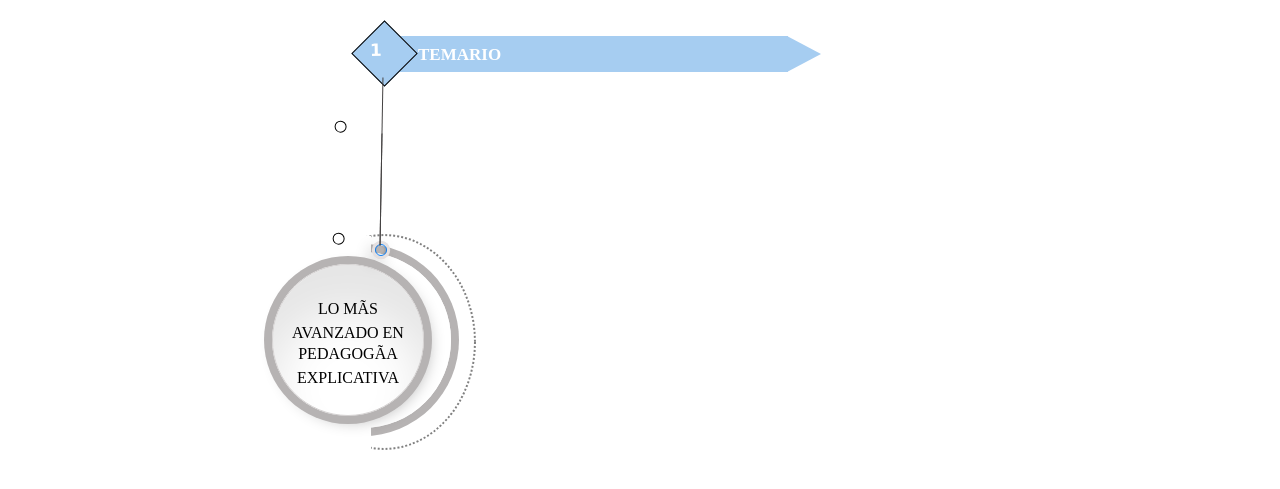
Repository: jennymoreno94/Menu
Page: index.html
The author's editor kept a copy of each file at every save. The page is drawn from the files as they stood at one save, then again after the next save.
The browser window is 1280 px wide. The pictures show the whole page.

Above is the page before, as saved 2021-08-01 23:19:22.

### index.html
<!DOCTYPE html>
<html lang=”en”>

<head>
  <link rel="stylesheet" href="estilo.css">
  <meta charset=”UTF-8″ />
  <title>Menu</title>
</head>
<body>
  <container>
    <div class="circulo-completo">
      <div class="circle-menu">
        <p>LO MÁS AVANZADO EN PEDAGOGÍA EXPLICATIVA</p>
      </div>
      <div id="circulo" class="circle-menus derecha">

        <div class="circulo-pequeno num1">

            <div class="linea linea1">
               <span class="linea"></span>
            </div>
            <div class="boton-agrupado btn1">
                <span class="rombo" style="background: rgb(166, 205, 241);">
                <h3 class="text">1</h3></span>
                <a class="button-href" style="background: rgb(166, 205, 241);">
                <h3 class="texto">TEMARIO</h3></a><span class="flecha" style="border-left: 34px solid rgb(166, 205, 241);"></span>
              </div>
            </div>


      </div>
    </div>
    <div class="circle-punto derecha"> </div>
  </container>
</body>
<script type="text/javascript" src="menu.js"></script>

</html>

### estilo.css


.circulo-completo {
    margin: 250px;
}

.circle-menu {
    position: relative;
    width: 150px;
    height: 150px;
    border: 1px solid rgb(211, 208, 208);
    border-radius: 50%;
    box-shadow: inset 0 3em 3em rgba(0, 0, 0, 0.1), 0 0 0 0.5rem rgb(182, 179, 179), 0.3em 0.3em 1em rgba(0, 0, 0, 0.3);
    float: left;
    z-index: 7;
    margin: 14px;
}

p {
    padding: 1rem;
    text-align: center;
}

.circle-menus {
    position: relative;
    background-color: gray;
    width: 180px;
    height: 180px;
    border-radius: 50% 50%;
    margin-left: -165px;
    float: left;
    z-index: 6;
}

.circle-menus::before {
    position: absolute;
    content: "";
    top: 1%;
    left: 1%;
    background-color: #fff;
    height: 98%;
    width: 98%;
    border-radius: 50% 50%;
    box-shadow: inset 0 3em 3em rgb(255, 255, 255), 0 0 0 0.5rem rgb(182, 179, 179), 0.3em 0.3em 1em rgb(255, 255, 255);
}

.circle-menus::after {
    position: absolute;
    content: "";
    height: 50%;
    background-color: rgb(255, 255, 255);
    border: 1px solid #fff;
    top: 50%;
    left: 0;
    width: 100%;
    box-shadow: inset 0 3em 3em rgb(255, 255, 255), 0 0 0 0.5rem rgb(255, 255, 255), 0.3em 0.3em 1em rgb(255, 255, 255);
}

.circle-menus.derecha {
    transform: rotate(90deg);
}

.circulo-pequeno {
    position: relative;
    width: 10px;
    height: 10px;
    border-radius: 50%;
    box-shadow: inset 0 0.1rem 0.1rem rgba(0, 0, 0, 0.1), 0 0 0 0.2rem rgb(229, 224, 224), 0.3em 0.3em 1em rgba(0, 0, 0, 0.3);
    float: left;
    z-index: 5;
}

.num1 {
    border: 1px solid rgb(10 124 241);
    margin: 66px 0px 48px -6px;
}

.num::after {
    height: 1px;
    background-color: red;
}

.num2 {
    border: 1px solid rgb(32 20 212);
    margin: 42px 0px 0px -4px;
}

.num3 {
    border: 1px solid rgb(190 169 26);
    margin: 21px 0px 0px 2px;
}

.num4 {
    border: 1px solid rgb(200 41 41);
    margin: 4px 0px 0px 10px;
}

.num5 {
    border: 1px solid rgb(222 19 235);
    margin: -6px 0px 0px 16px;
}

.num6 {
    border: 1px solid rgb(18 235 115);
    margin: -8px 0px 0px 18px;
}

.num7 {
    border: 1px solid rgb(89 249 20);
    margin: 2px 0px 0px 18px;
}

.num8 {
    border: 1px solid rgb(100 3 225);
    margin: 18px 0px 0px 11px;
}

.num9 {
    border: 1px solid rgb(32 20 212);
    margin: 39px -1px 0px 3px;
}

.num10 {
    border: 1px solid rgb(32 20 212);
    margin: 66px -14px 0px -3px;
}

.circle-punto {
    position: relative;
    width: 212px;
    height: 180px;
    border-radius: 50% 50%;
    margin-left: -177px;
    border: 2px dotted gray;
    float: left;
    z-index: 4;
}

.circle-punto::before {
    position: absolute;
    content: "";
    top: 1%;
    left: 1%;
    background-color: #fff;
    height: 98%;
    width: 98%;
    border-radius: 50% 50%;
}

.circle-punto::after {
    position: absolute;
    content: "";
    height: 50%;
    background-color: rgb(255, 255, 255);
    border: 1px dotted #fff;
    top: 57%;
    left: 0;
    width: 100%;
}

.circle-punto.derecha {
    transform: rotate(90deg);
}

.boton-agrupado {
    position: relative;
    float: left;
    z-index: 3;
}

.button-href {
    position: relative;
    width: 400px;
    height: 36px;
    background: white;
    display: inline-block;
    color: black;
    text-decoration: none;
    z-index: -1;

}

.flecha {
    position: absolute;
    content: "";
    border-left: 34px solid white;
    border-top: 18px solid transparent;
    border-bottom: 18px solid transparent;
    margin-left: -1px;
}

.texto {
    margin-left: 30px;
    margin-top: 9px;
    font-size: 17px;
    color: white;

}

.btn1 {
    transform: translateY(-268px) translateX(-391px) rotate(630deg);
}

.btn2 {
    transform: translateY(-307px) translateX(-339px) rotate(630deg);
}

.btn3 {
    transform: translateY(-348px) translateX(-294px) rotate(630deg);
}

.btn4 {
    transform: translateY(-382px) translateX(-258px) rotate(630deg);
}

.btn5 {
    transform: translateY(-401px) translateX(-228px) rotate(630deg);
}

.btn6 {
    transform: translateY(-393px) translateX(-192px) rotate(630deg);
}

.btn7 {
    transform: translateY(-403px) translateX(-150px) rotate(630deg);
}

.btn8 {
    transform: translateY(-365px) translateX(-111px) rotate(630deg);
}

.btn9 {
    transform: translateY(-316px) translateX(-58px) rotate(630deg);
}

.btn10 {
    transform: translateY(-263px) translateX(-3px) rotate(630deg);
}

.linea {
    position: relative;
    width: 112px;
    height: 47px;
    border-bottom: 1px solid rgb(68, 66, 66);
    float: left;
    z-index: 4;
}

.linea::after {
    position: absolute;
    content: "";
    width: 10px;
    height: 10px;
    border-radius: 50%;
    float: left;
    border: 1px solid #000;

}

.linea1 {
    transform: translateY(4px) translateX(-168px) rotate(181deg);
    width: 168px;
}

.linea2 {
    transform: translateY(-4px) translateX(-143px) rotate(186deg);
    width: 140px;
}

.linea3 {
    transform: translateY(-30px) translateX(-115px) rotate(210deg);
    width: 110px;
}

.linea4 {
    transform: translateY(-57px) translateX(-105px) rotate(236deg);
}

.linea5 {
    transform: translateY(-72px) translateX(-91px) rotate(254deg);
}

.linea6 {
    transform: translateY(-76px) translateX(-67px) rotate(270deg);
    width: 100px;
}

.linea7 {
    transform: translateY(-86px) translateX(-51px) rotate(291deg);
    width: 118px;
}

.linea8 {
    transform: translateY(-77px) translateX(-21px) rotate(318deg);
}

.linea9 {
    transform: translateY(-11px) translateX(12px) rotate(169deg);
    width: 140px;
}

.linea10 {
    transform: translateY(-41px) translateX(11px) rotate(361deg);
    width: 168px;
}

.text {
    border-radius: 4px;
    font-family: Verdana;
    color: white;
    position: relative;
    overflow: hidden;
    padding: 4px;
    top: 37%;
    transform: translateY(-111%) rotate( 314deg);
    font-size: 17px;
    text-transform: uppercase;
}

.rombo {
    position: absolute;
    content: "";
    width: 45px;
    height: 45px;
    background: white;
    -webkit-transform: rotate(45deg);
    -moz-transform: rotate(45deg);
    -ms-transform: rotate(45deg);
    -o-transform: rotate(45deg);
    transform: rotate(45deg);
    border: 1px solid;
    margin-left: -27px;
    margin-top: -6px;
    z-index: 1;
}

### menu.js
let circulo = document.getElementById("circulo");

function Menu() {
    for (i = 0; i < 10 ; i++ ) {
        let circuloPequeno = document.createElement("div")
        circuloPequeno.classList.add("circulo-pequeno")
        circuloPequeno.classList.add(`num${i+1}`)

        let linea = document.createElement("div")
        linea.classList.add("linea")
        linea.classList.add(`linea${i+1}`)

        let boton = document.createElement("div")
        boton.classList.add("boton-agrupado")
        boton.classList.add(`btn${i+1}`)

        let color=cambiocolor(i+1)

        let spanRombo =document.createElement("span")
        spanRombo.classList.add("rombo")
        spanRombo.style.setProperty(`background`, color);

        let h3Rombo =document.createElement("h3")
        h3Rombo.classList.add("text")

        let link =document.createElement("a")
        link.classList.add("button-href")
        link.style.setProperty(`background`, color);

        let span =document.createElement("span")
        span.classList.add("flecha")
        span.style.setProperty(`border-left`,`34px solid ${color}`);

        let h3 =document.createElement("h3")
        h3.classList.add("texto")
        let textoFinal = texto(i+1)

        circulo.appendChild(circuloPequeno)
        circuloPequeno.appendChild(linea)
        circuloPequeno.appendChild(boton)
        boton.appendChild(spanRombo)
        boton.appendChild(link)
        boton.appendChild(span)
        link.appendChild(h3)
        spanRombo.appendChild(h3Rombo)
        h3.append(textoFinal);
        h3Rombo.append(i+1);
    }
}


function texto(num) {
    let texto = ''
    switch (num) {
        case 1: texto='TEMARIO'
        break;
        case 2: texto='SISTEMA EXPLICATIVO'
        break;
        case 3: texto='SISTEMA EVALUATIVO'
        break;
        case 4: texto='COSTOS ECONÓMICOS'
        break;
        case 5: texto='ESTUDIE EN CUALQUIER DISPOSITIVO'
        break;
        case 6: texto='NUESTROS BENEFICIOS'
        break;
        case 7: texto='ADQUIÉRELO CON FACILIDAD'
        break;
        case 8: texto='A TU DISPOSICIÓN EN MINUTOS'
        break;
        case 9: texto='MATEMÁTICAS INTERACTIVAS PARA NIÑOS'
        break;
        case 10: texto='LIBROS DE SUPERACIÓN'
        break;
    }
    return texto
}

function cambiocolor(num) {
    let color = ''
    switch (num) {
        case 1: color='rgb(166, 205, 241)'
        break;
        case 2: color='blue'
        break;
        case 3: color='orange'
        break;
        case 4: color='green'
        break;
        case 5: color='red'
        break;
        case 6: color='pink'
        break;
        case 7: color='green'
        break;
        case 8: color='purple'
        break;
        case 9: color='pink'
        break;
        case 10: color='orange'
        break;
    }
    return color
}




//document.onload = Menu()

After the next save:
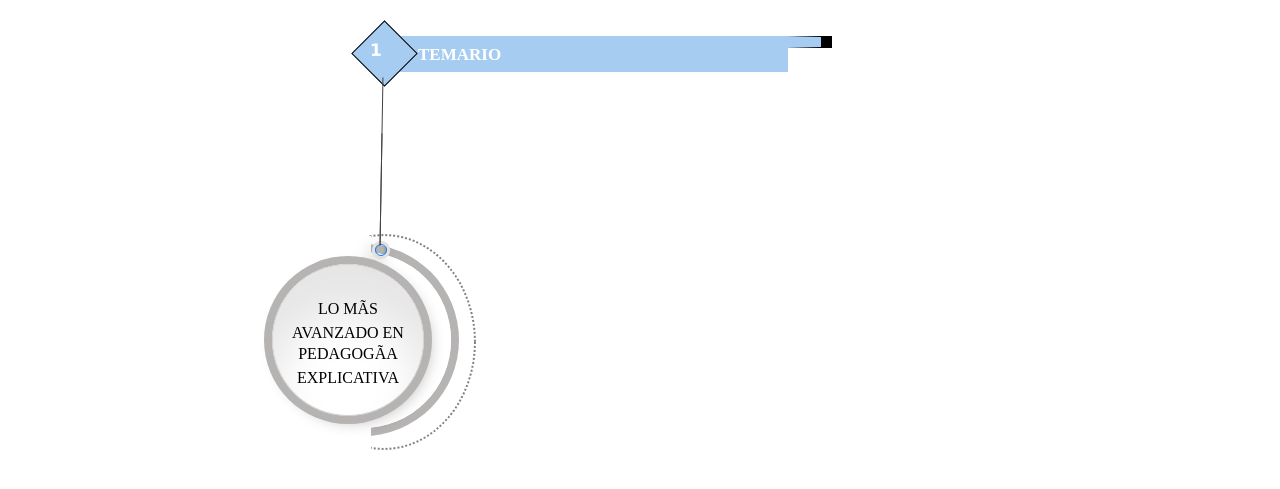
Saved 52 s later.
--- a/estilo.css
+++ b/estilo.css
@@ -246,7 +246,7 @@ p {
     z-index: 4;
 }
 
-.linea::after {
+/*.linea::after {
     position: absolute;
     content: "";
     width: 10px;
@@ -255,6 +255,16 @@ p {
     float: left;
     border: 1px solid #000;
 
+}*/
+
+.flecha {
+    position: absolute;
+    content: "";
+    width: 10px;
+    height: 10px;
+    border: 1px solid #000;
+    background-color: #000;
+    margin-left: -1px;
 }
 
 .linea1 {
